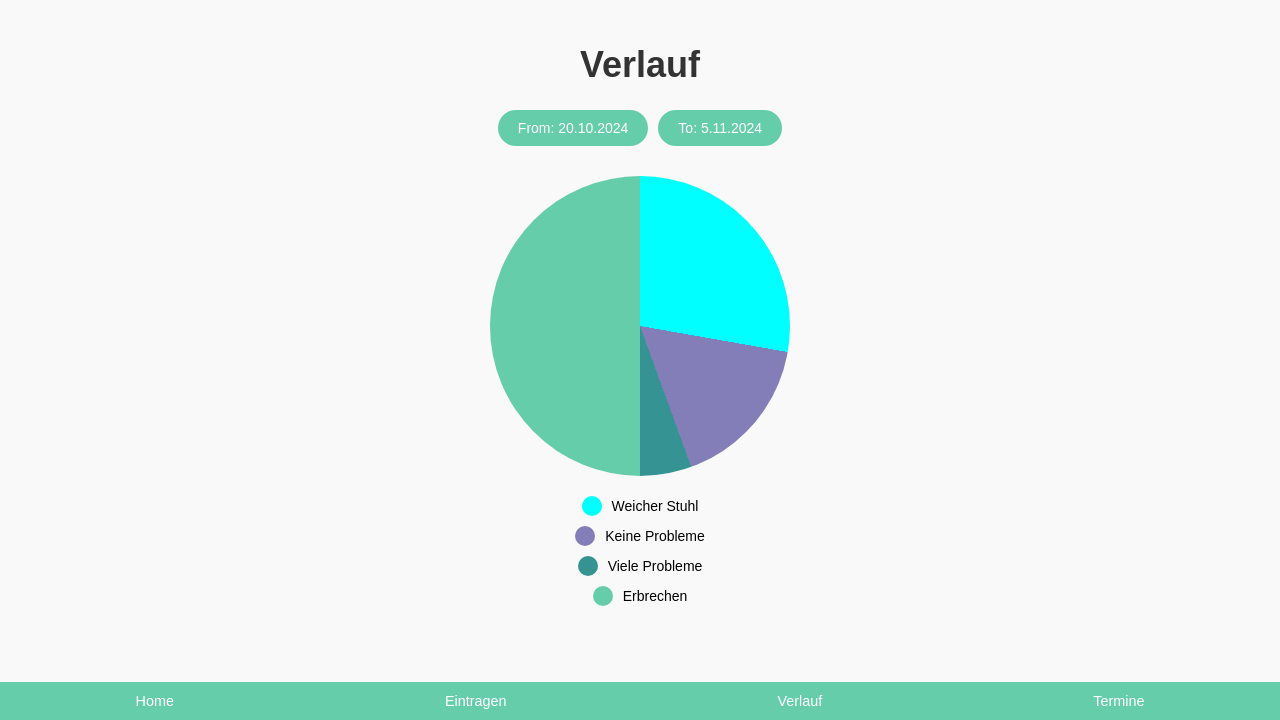
Repository: jakemoes/Pet-Tracker
Page: PWA/trend.html
The author's editor kept a copy of each file at every save. The page is drawn from the files as they stood at one save, then again after a run of saves.
The browser window is 1280 px wide. The pictures show the whole page.

Above is the page before, as saved 2024-12-06 19:14:29.

### PWA/trend.html

<!DOCTYPE html>
<html lang="de">
    <head>
        <meta charset="UTF-8">
        <meta name="viewport" content="width=device-width, initial-scale=1.0">
        <title>Verlauf</title>
        <link rel="stylesheet" href="trend.css">
    </head>
    <body>
        <div class="main-content">
            <h1>Verlauf</h1>
            <div class="date-filter">
                <div class="date-box">
                    From: 20.10.2024
                </div>
                <div class="date-box">
                    To: 5.11.2024
                </div>
            </div>
            <div class="pie-chart"></div>
            <div class="legend">
                <div class="legend-item">
                    <div class="legend-color" style="background-color: aqua;"></div>
                    Weicher Stuhl
                </div>
                <div class="legend-item">
                    <div class="legend-color" style="background-color: rgb(131, 125, 184);"></div>
                    Keine Probleme
                </div>
                <div class="legend-item">
                    <div class="legend-color" style="background-color: rgb(54, 147, 147);"></div>
                    Viele Probleme
                </div>
                <div class="legend-item">
                    <div class="legend-color" style="background-color: #66cdaa;"></div>
                    Erbrechen
                </div>
            </div>
        </div>
        <footer class="footer">
            <nav>
                <ul class="nav-bar">
                    <li><a href="welcome.html">Home</a></li>
                    <li><a href="entry.html">Eintragen</a></li>
                    <li><a href="trend.html">Verlauf</a></li>
                    <li><a href="appointment.html">Termine</a></li>
                </ul>
            </nav>
        </footer>
    </body>
</html>

### PWA/trend.css

body {
    font-family: Arial, sans-serif;
    padding: 0;
    margin: 0;
    background-color: #f9f9f9;
}

.main-content {
    padding: 20px;
    text-align: center;
}

h1 {
    font-size: 36px;
    color: #333;
    margin-bottom: 20px 0;
}

.date-filter {
    display: flex;
    justify-content: center;
    gap: 10px;
    margin-bottom: 30px;
}

.date-box {
    background-color: #66cdaa;
    border-radius: 20px;
    padding: 10px 20px;
    color: white;
    font-size: 14px;
    display: flex;
    align-items: center;
    gap: 10px;
}

.pie-chart {
    position: relative;
    width: 300px;
    height: 300px;
    margin: 0 auto 20px;
    border-radius: 50%;
    background: conic-gradient(
        aqua 0deg 100deg,
        rgb(131, 125, 184) 100deg 160deg,
        rgb(54, 147, 147) 160deg 180deg,
        #66cdaa 180deg 360deg
    );
}

.legend {
    display: flex;
    flex-direction: column;
    align-items: center;
    gap: 10px;
}

.legend-item {
    display: flex;
    align-items: center;
    gap: 10px;
    font-size: 14px;
}

.legend-color {
    width: 20px;
    height: 20px;
    border-radius: 50%;
}

 footer {
    position: fixed;
    bottom: 0;
    width: 100%;
    background-color: #66cdaa;
    padding: 10px 0;
    box-shadow: 0 -1px 5px rgba(0, 0, 0, 0.1);
}

.nav-bar {
    position: fixed;
    bottom: 0;
    left: 0;
    width: 100%; /* Volle Breite des Bildschirms */
    background-color: #66cdaa; /* Sicherstellen, dass die Farbe gesetzt ist */
    display: flex;
    justify-content: space-around;
    list-style: none;
    margin: 0; /* Kein Außenabstand */
    padding: 10px 0; /* Innenabstand */
    z-index: 10;
}

.nav-bar li {
    text-align: center;
}

.nav-bar a {
    text-decoration: none;
    color: white;
    font-size: 0.9em;
}

.nav-bar a:hover {
    text-decoration: underline;
}

After the next 2 saves:
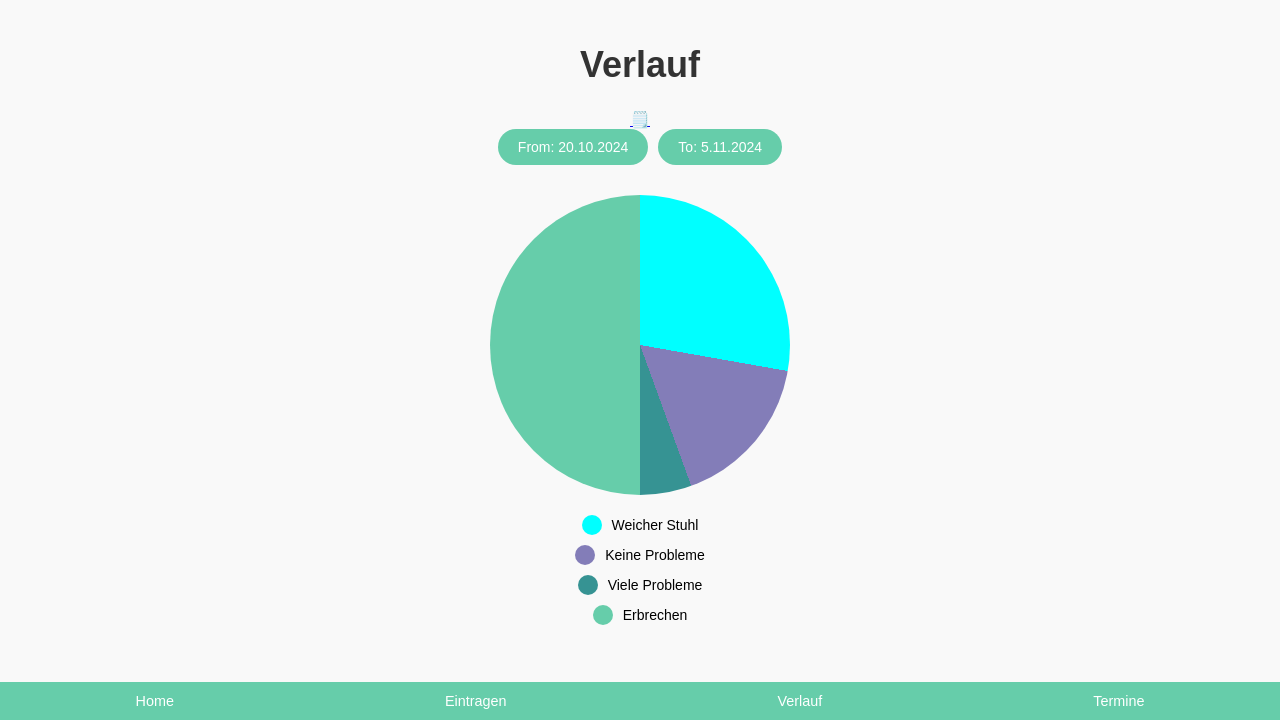
The 2 saves are shown as one change because they came seconds apart.
The last was saved 12 min 20 s later.
--- a/PWA/trend.html
+++ b/PWA/trend.html
@@ -10,6 +10,11 @@
     <body>
         <div class="main-content">
             <h1>Verlauf</h1>
+            <div class="icon">
+                <a href="trend.html">
+                    <span class="smiley">🗒️</span>
+                </a>
+            </div>
             <div class="date-filter">
                 <div class="date-box">
                     From: 20.10.2024
